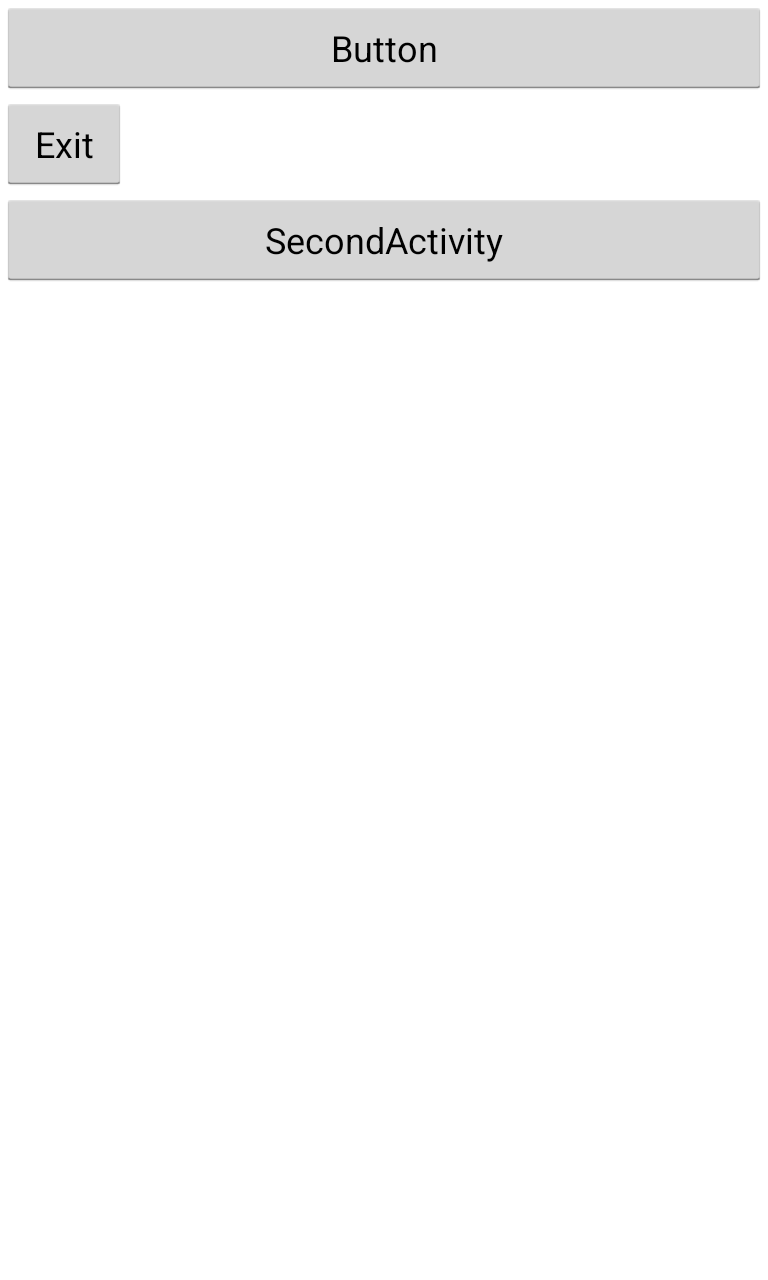
Repository: GUNDAMR/firstcode_android
Layout: C2ActivityTest/res/layout/first_layout.xml
An editor plug-in stored every save of this project. The layout is shown before and after the next save, followed by the edit.
It is drawn on a 768 x 1280 px phone screen (xhdpi) without system bars, with theme AppTheme; the app's code is not run.

Above is the layout before, as saved 2014-12-09 02:15:08.

After the next save:
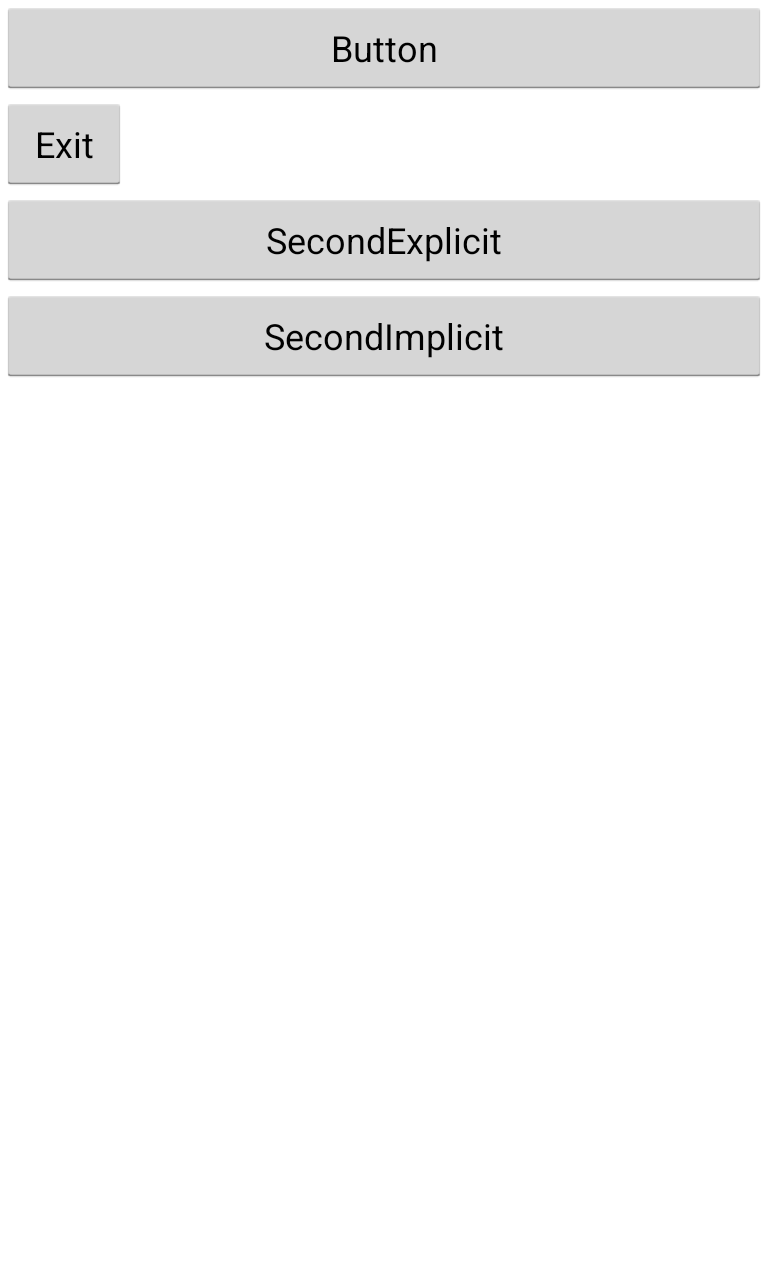
Saved 2 min 58 s later.
--- a/C2ActivityTest/res/layout/first_layout.xml
+++ b/C2ActivityTest/res/layout/first_layout.xml
@@ -20,6 +20,12 @@
         android:id="@+id/btn_second_explicit"
         android:layout_width="match_parent"
         android:layout_height="wrap_content"
-        android:text="SecondActivity" />
+        android:text="SecondExplicit" />
+
+    <Button
+        android:id="@+id/btn_second_implicit"
+        android:layout_width="match_parent"
+        android:layout_height="wrap_content"
+        android:text="SecondImplicit" />
 
 </LinearLayout>
